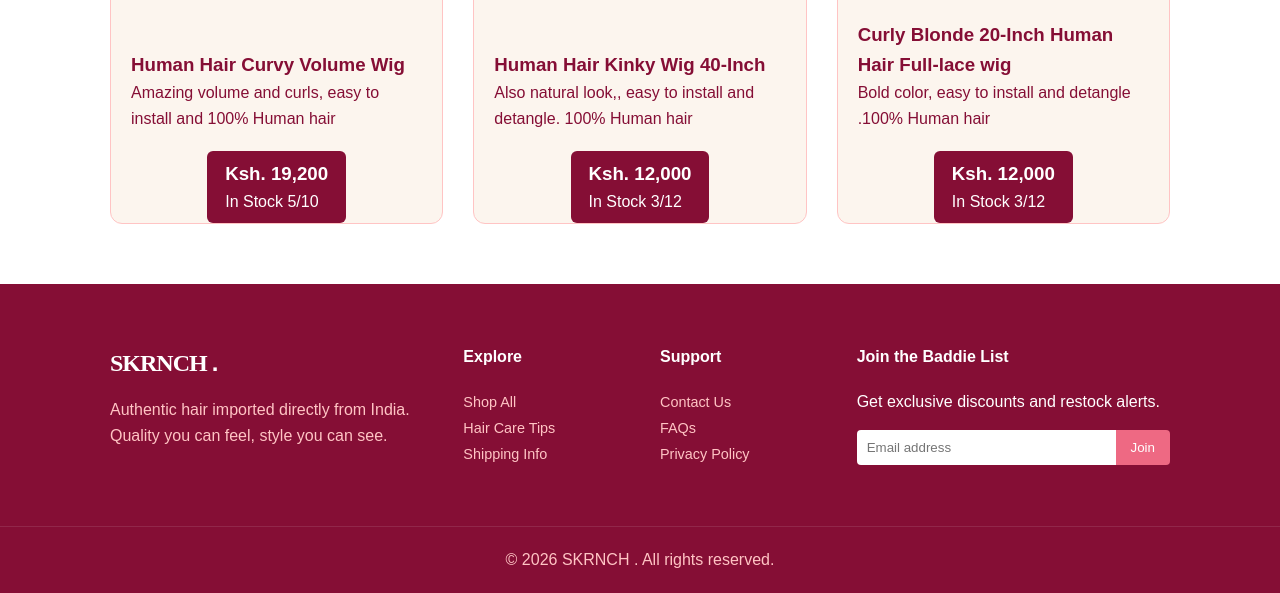
Repository: ndirituart/Portfolio
Page: buywigs.html
The author's editor kept a copy of each file at every save. The page is drawn from the files as they stood at one save, then again after the next save.
The browser window is 1280 px wide. The pictures show the part of the page from y = 3674 to 4330 px (the page is 4267 px tall before and 4330 px after).

Above is the page before, as saved 2026-01-23 18:46:44.

After the next save:
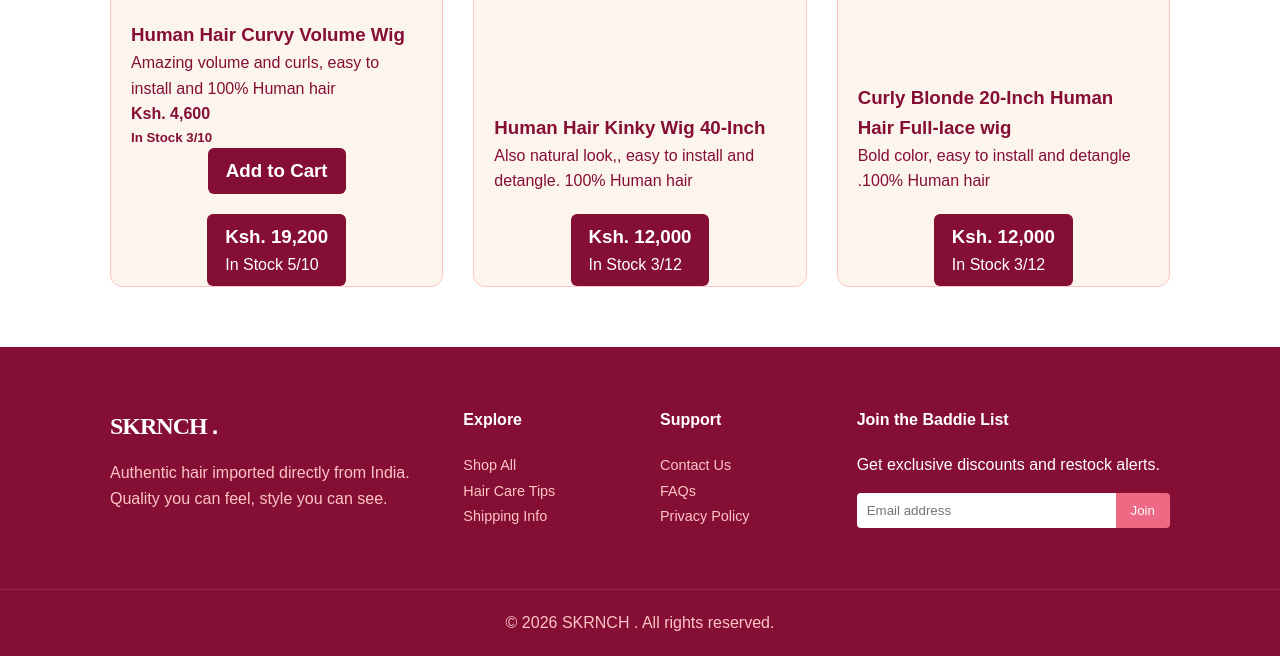
Saved 6 s later.
--- a/buywigs.html
+++ b/buywigs.html
@@ -270,6 +270,11 @@
                         <div class="card-content">
                             <h3>Human Hair Curvy Volume Wig</h3>
                             <p>Amazing volume and curls, easy to install and 100% Human hair</p>
+                             <h4>Ksh. 4,600</h4>
+                            <h5>In Stock 3/10</h5>
+                            <div class = btn-small>
+                            <h3>Add to Cart</h3>
+                            </div>
                         </div>
                          <div class = btn-small>
                             <h3>Ksh. 19,200</h3>
